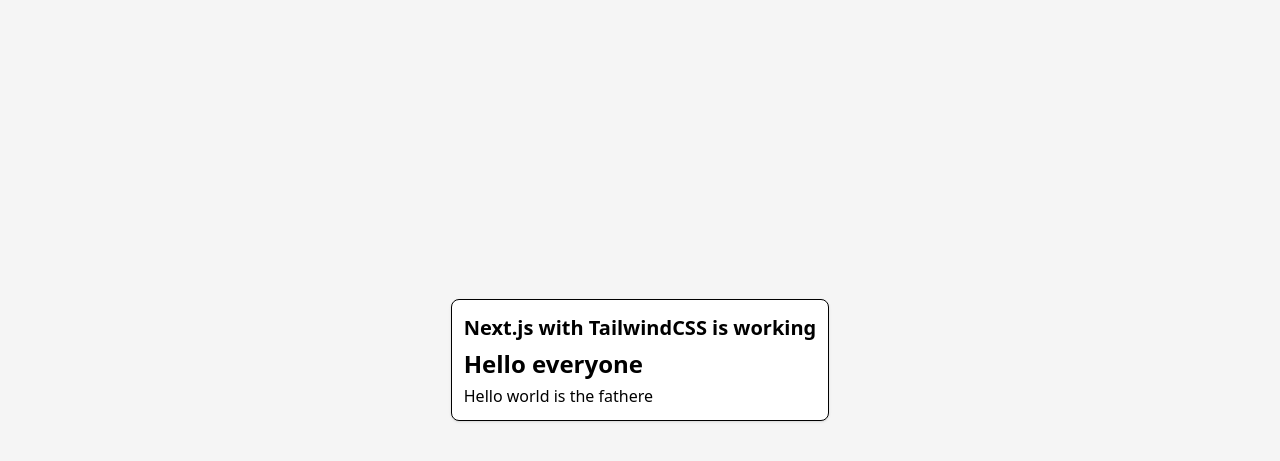
Repository: vignesh33654/resizablesidebar
Page: /
These files come from the project's save history. The page is drawn as it stood at one moment and after the next save; the edit follows.
The browser window is 1280 px wide. The pictures show the whole page.
The project was rebuilt for these pictures with package versions that can differ from the ones it lists, and the page was loaded fresh each time.

Above is the page before, as saved 2025-11-11 12:14:47.

### index.html
<!doctype html>
<html lang="en">
  <head>
    <meta charset="UTF-8" />
    <link rel="icon" type="image/svg+xml" href="/vite.svg" />
    <meta name="viewport" content="width=device-width, initial-scale=1.0" />
    <title>ai-app</title>
  </head>
  <body>
    <div id="root"></div>
    <script type="module" src="/src/main.tsx"></script>
  </body>
</html>

### src/index.css
@import "tailwindcss";

@theme {

  --font-display: "inter";

  --color-primary: #37352f;
  --color-secondary: #ff0000;
  --color-tertiary: #ff00ff;
  --color-disabled: #d5d5d4;
  --color-white: #ffffff;
  --color-primary: #0d99ff;
  --color-success: #14ae5c;
  --color-failure: #f24822;
  --color-warning: #ffcd29;
  --color-Bg-0: #ffffff;
  --color-Bg-1: #f5f5f5;
  --color-Bg-2: #f1f0f1;
  --color-border-primary:#e6e6e6;


--text-h1: 30px;
--text-h2: 24px;
--text-h3: 20px;
--text-body-16: 16px;
--text-body-14: 14px;
--text-body-13: 13px;
--text-small-12: 12px;
--text-small-11: 11px;
--text-small-10: 10px;
}
@layer base {
 typeography h1 {
    font-size: var(--text-h1);
    font-weight: 600;
    line-height: 40px;
    letter-spacing: -2.1%;
  }
  h2 {
    font-size: var(--text-h2);
    font-weight: 600;
    line-height: 32px;
    letter-spacing: -1.9%;
  }
  h3 {
    font-size: var(--text-h3);
    font-weight: 600;
    line-height: 32px;
    letter-spacing: -1.7%;
  }
  p {
    font-size: var(--text-body-16);
    font-weight: 400;
    line-height: 24px;
    letter-spacing: -1.1%;
  }
}

### src/App.tsx


export default function App() {
  return (
    <div className="min-h-screen bg-Bg-1 flex items-center justify-center p-8">
      <div className="bg-Bg-0 border border-border-Primary rounded-lg p-3 flex gap-3 max-w-[620px] shadow-sm">
        {/* Content */}
        <div className="flex flex-col gap-1">
          <h3>
            Next.js with TailwindCSS is working
          </h3>
          <h2>Hello everyone</h2>
          <div className="typography-h1">
            Hello world is the fathere
          </div>
      </div>
      </div>
    </div>
  )
}

Loaded but not shown: src/main.tsx (common file)

After the next save:
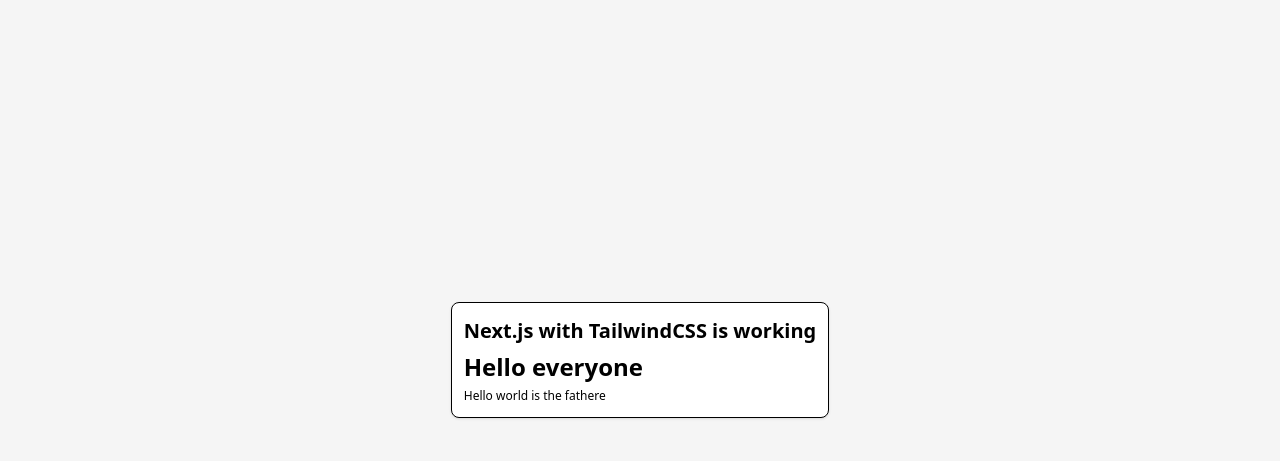
Saved 8 s later.
--- a/src/App.tsx
+++ b/src/App.tsx
@@ -10,7 +10,7 @@
             Next.js with TailwindCSS is working
           </h3>
           <h2>Hello everyone</h2>
-          <div className="typography-h1">
+          <div className="text-small-12">
             Hello world is the fathere
           </div>
       </div>
